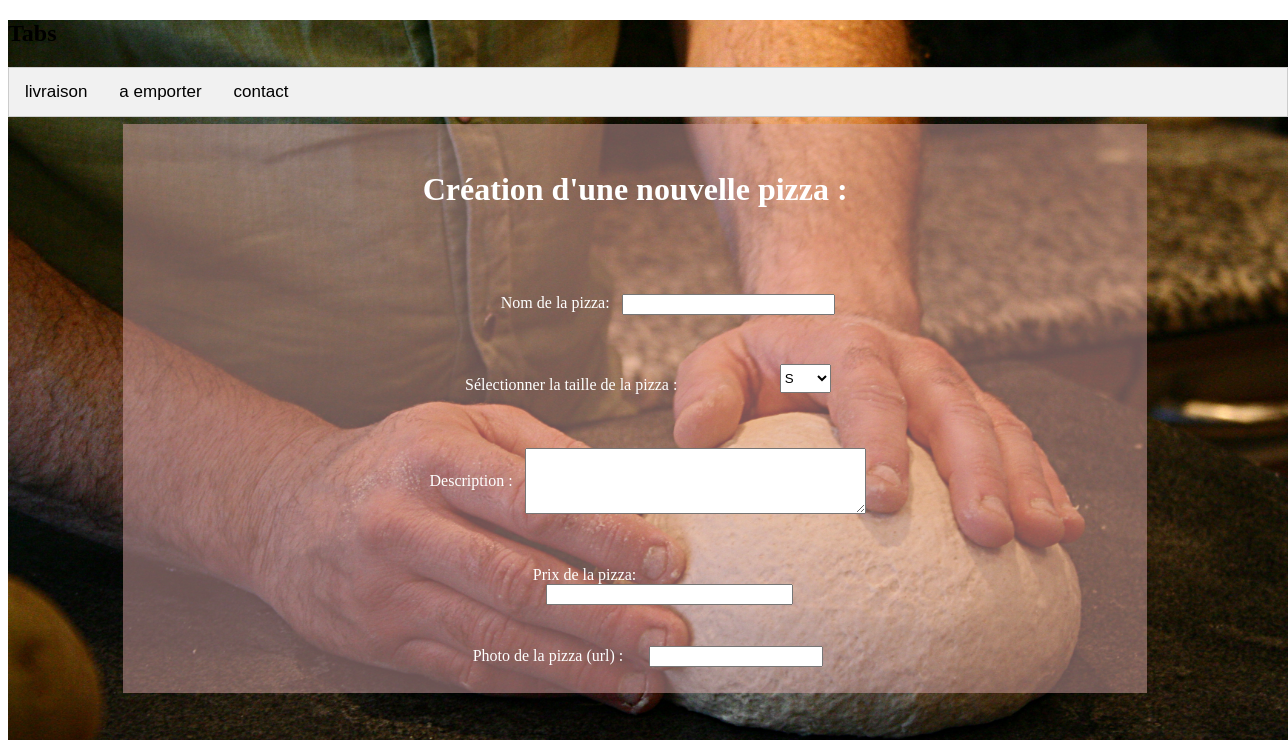
Repository: dev84-unalien/pippo_pizza
Page: admin.html
An editor plug-in stored every save of this project. The page is shown before and after the next save, followed by the edit.
The browser window is 1280 px wide. The page is 1288 px wide, so the pictures cover 1288 px, including what lies to the right of the window. The pictures show the whole page.

Above is the page before, as saved 2019-09-11 10:30:28.

After the next save:
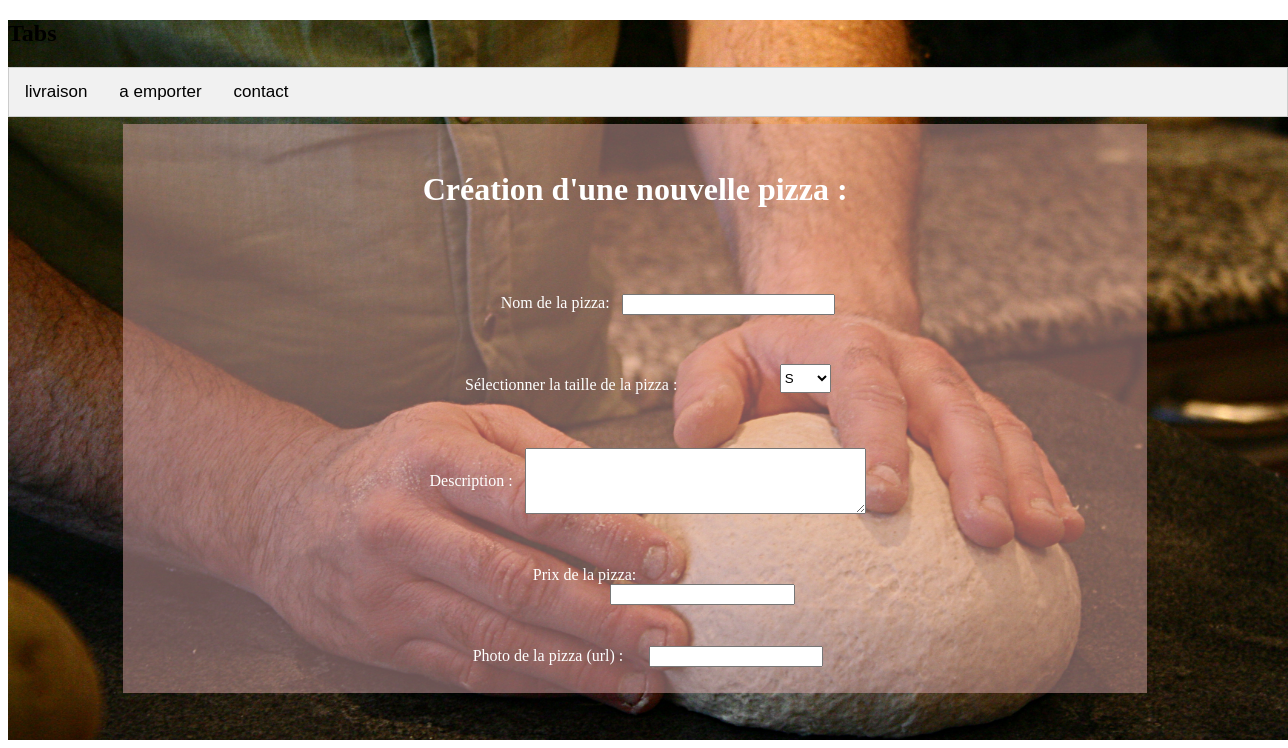
Saved 15 s later.
--- a/admin.css
+++ b/admin.css
@@ -71,8 +71,8 @@ select {
 
 }
 #prix1{
-  margin-left:1vw;
-  padding-left:5vw;
+  margin-left:6vw;
+
 }
 #imgpizza{
 width: 13vw;
